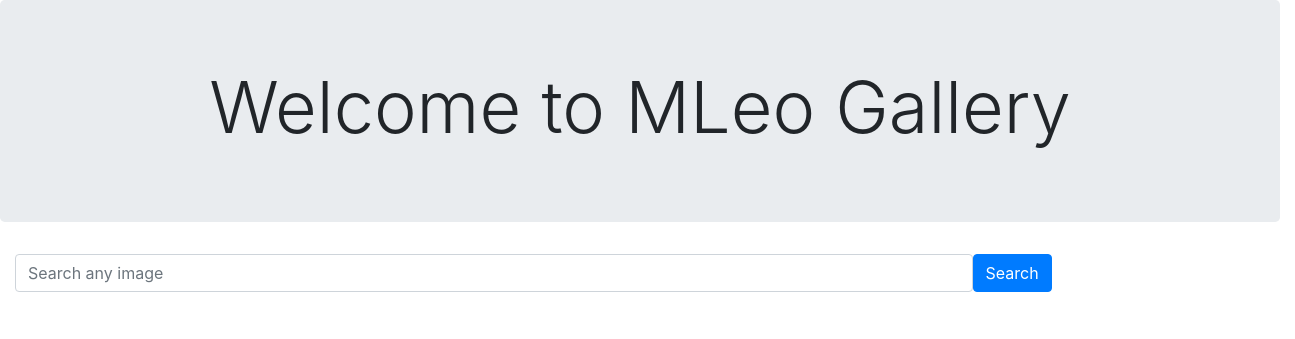
Repository: the-manohar/gallery
Page: /
These files come from the project's save history. The page is drawn as it stood at one moment and after the next save; the edit follows.
The browser window is 1280 px wide. The page is 1295 px wide, so the pictures cover 1295 px, including what lies to the right of the window. The pictures show the whole page.
The project was rebuilt for these pictures with package versions that can differ from the ones it lists, and the page was loaded fresh each time.

Above is the page before, as saved 2020-06-18 23:46:01.

### src/index.js
import React from "react";
import ReactDOM from "react-dom";
import "./index.css";
import "bootstrap/dist/css/bootstrap.css";
import App from "./App";
import * as serviceWorker from "./serviceWorker";

ReactDOM.render(
  <React.StrictMode>
    <App />
  </React.StrictMode>,
  document.getElementById("root")
);

// If you want your app to work offline and load faster, you can change
// unregister() to register() below. Note this comes with some pitfalls.
// Learn more about service workers: https://bit.ly/CRA-PWA
serviceWorker.unregister();

### src/App.js
import React, { useState } from "react";
import { Button, InputGroup, Input, Jumbotron, Spinner } from "reactstrap";

import "./App.css";

function App() {
  const [value, setValue] = useState("");
  const [result, setResult] = useState([]);
  const fetchImages = () => {
    fetch(
      `https://api.unsplash.com/search/photos/?client_id=V38aA4zOjg1Xb1lBpNRUAK8duXvqwhDHHJbssXB_Pps&query=${value}&orientation=squarish&per_page=18`
    )
      .then((res) => res.json())
      .then((data) => {
        setResult(data.results);
      });
  };
  return (
    <div className="row">
      <div className="App col-sm-5 col-md-12 col-xs-8">
        <Jumbotron>
          <h1 className="display-3">Welcome to MLeo Gallery</h1>
        </Jumbotron>
        <div className="d-flex col-sm-4 col-md-10 col-xs-4">
          <InputGroup>
            <Input
              placeholder="Search any image"
              value={value}
              onChange={(event) => setValue(event.target.value)}
            />
          </InputGroup>
          <Button color="primary" onClick={() => fetchImages()}>
            Search
          </Button>
        </div>

        {
          result.length > 0 ? (
            <div className="col-sm-12">
              {result.map((item) => {
                return (
                  <img
                    className=" img-thumbnail"
                    key={item.id}
                    src={item.urls.small}
                    alt={item.urls.small}
                  />
                );
              })}
            </div>
          ) : null
          // <Spinner style={{ width: "3rem", height: "3rem" }} />
        }
      </div>
    </div>
  );
}

export default App;

//

### src/App.css
.App {
  text-align: center;
}
/* .mydiv {
  display: flex;
  /* justify-content: space-around; */
/* margin: 10px 7%; */
/* box-shadow: 1px 1px 5px grey; */
/* padding: 10px; */
/* } */
*/ .gallery {
  display: flex;
  flex-wrap: wrap;
  justify-content: space-around;
}
.item {
  width: 30%;
  margin: 5px;
}

Loaded but not shown: public/index.html (common file); src/index.css (common file); src/serviceWorker.js (common file)

After the next save:
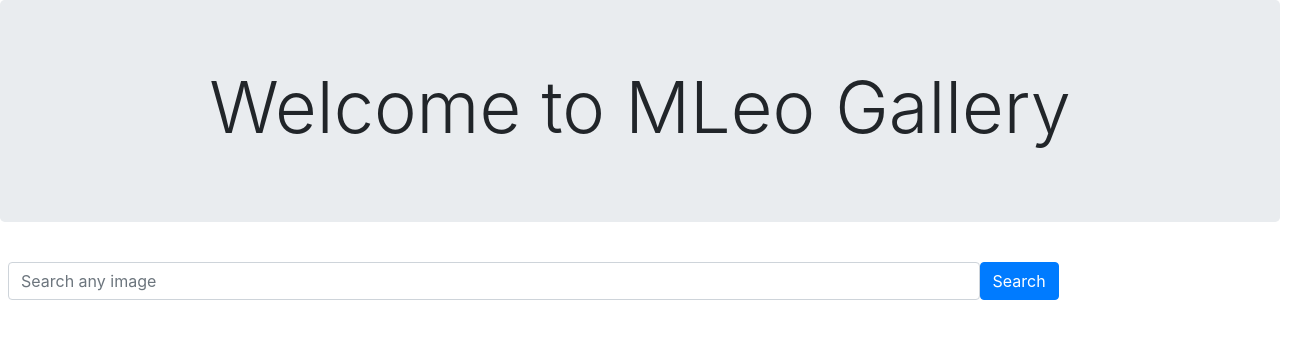
Saved 15 s later.
--- a/src/App.js
+++ b/src/App.js
@@ -21,7 +21,7 @@ function App() {
         <Jumbotron>
           <h1 className="display-3">Welcome to MLeo Gallery</h1>
         </Jumbotron>
-        <div className="d-flex col-sm-4 col-md-10 col-xs-4">
+        <div className="d-flex col-sm-4 col-md-10 col-xs-4 p-2">
           <InputGroup>
             <Input
               placeholder="Search any image"
